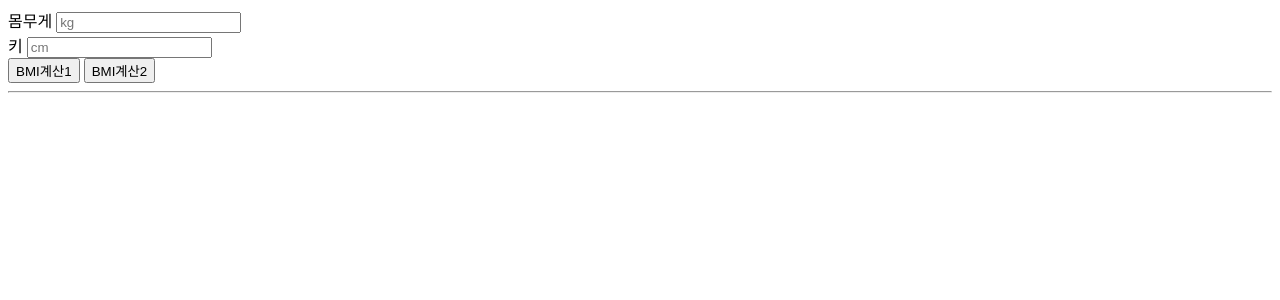
Repository: parkhy0sh1n/SpringStudy
Page: http://localhost/03_Ajax/third.do
An editor plug-in stored every save of this project. The page is shown before and after the next save, followed by the edit.
The browser window is 1280 px wide. The pictures show the whole page.
The page is served by Tomcat 9. Other server files are loaded and not shown.

Above is the page before, as saved 2023-04-14 02:04:01.

### 03_Ajax/src/main/webapp/WEB-INF/views/third.jsp
<%@ page language="java" contentType="text/html; charset=UTF-8"
    pageEncoding="UTF-8"%>
<%@ taglib uri="http://java.sun.com/jsp/jstl/core" prefix="c" %>
<c:set var="contextPath" value="${pageContext.request.contextPath}" />
<!DOCTYPE html>
<html>
<head>
<meta charset="UTF-8">
<title>Insert title here</title>
<script src="${contextPath}/resources/js/lib/jquery-3.6.4.min.js"></script>
<script>

</script>
</head>
<body>

		<div>
		<form id="frm">
			<div>
				<label for="weight">몸무게</label>
				<input id="weight" name="weight" placeholder="kg">
			</div>
			<div>
				<label for="height">키</label>
				<input id="height" name="height" placeholder="cm">
			</div>
			<div>
				<input type="button" value="BMI계산1" onclick="fnBmi1()">
				<input type="button" value="BMI계산2" onclick="fnBmi2()">
			</div>
		</form>
	</div>

	<hr>

</body>
</html>

Loaded but not shown: 03_Ajax/src/main/webapp/resources/js/lib/jquery-3.6.4.min.js (library)

After the next save:
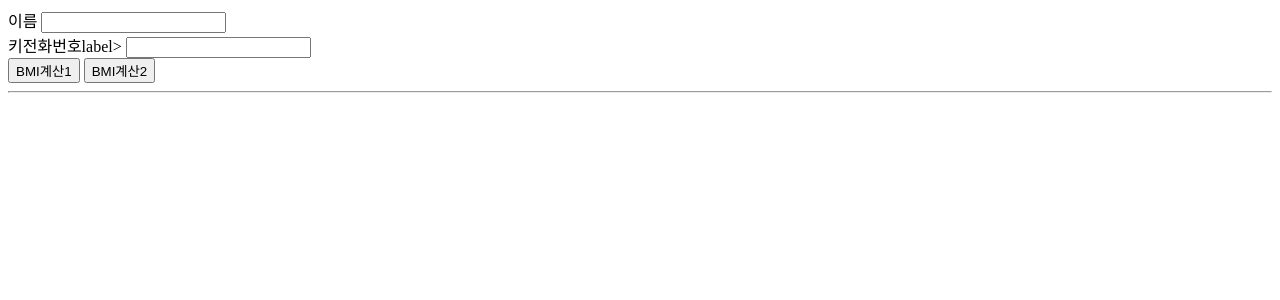
Saved 34 s later.
--- a/03_Ajax/src/main/webapp/WEB-INF/views/third.jsp
+++ b/03_Ajax/src/main/webapp/WEB-INF/views/third.jsp
@@ -14,15 +14,15 @@
 </head>
 <body>
 
-		<div>
+	<div>
 		<form id="frm">
 			<div>
-				<label for="weight">몸무게</label>
-				<input id="weight" name="weight" placeholder="kg">
+				<label for="anem">이름</label>
+				<input id="name" name="name"">
 			</div>
 			<div>
-				<label for="height">키</label>
-				<input id="height" name="height" placeholder="cm">
+				<label for="tel">키전화번호label>
+				<input id="tel" name="tel">
 			</div>
 			<div>
 				<input type="button" value="BMI계산1" onclick="fnBmi1()">
